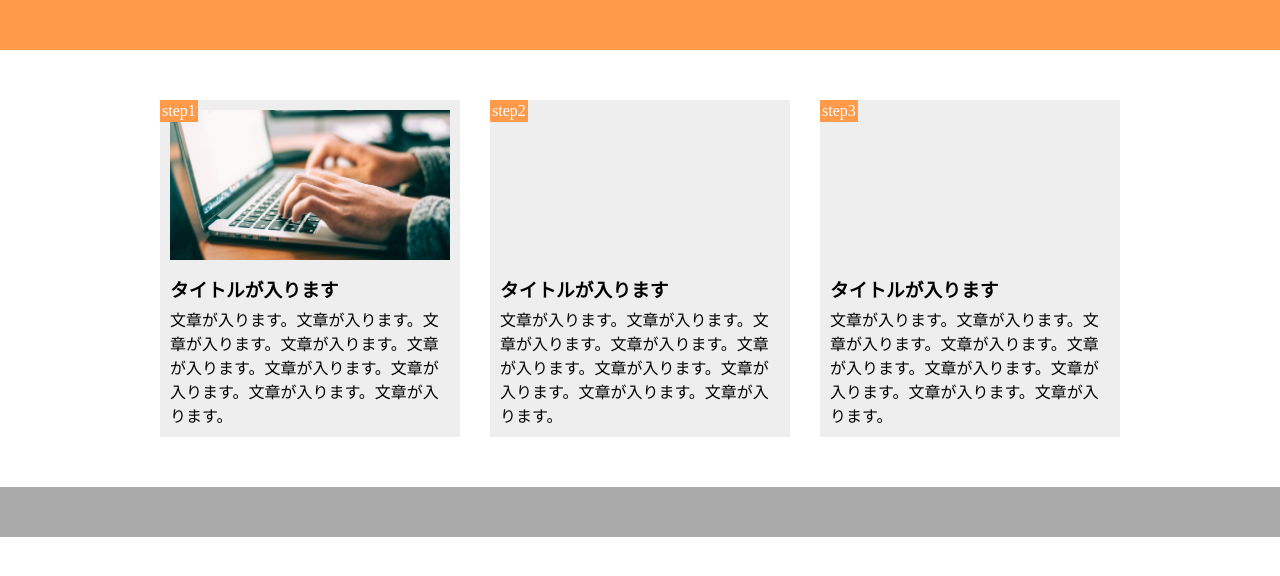
Repository: menyuu/test-html-CSS-practice
Page: exercise/chapter9_exercise.html
The author's editor kept a record of every edit. The page is drawn from the files as they stood at one moment, then again after the next edit.
The browser window is 1280 px wide. The pictures show the whole page.

Above is the page before.

After the next edit:
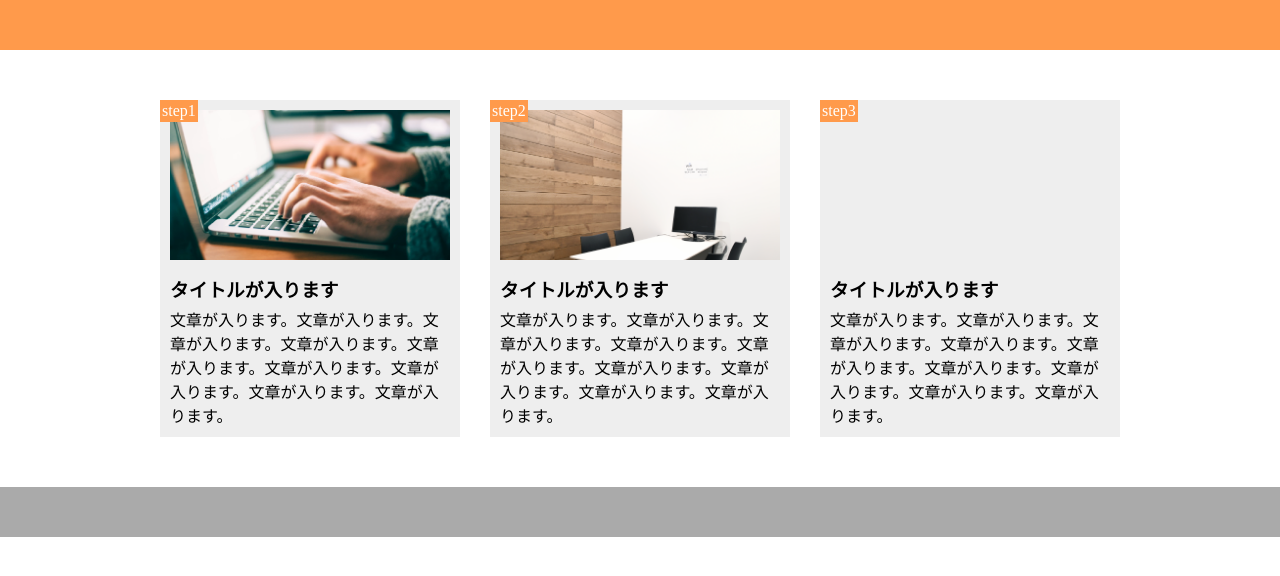
The edit:
--- a/exercise/style9.css
+++ b/exercise/style9.css
@@ -48,8 +48,11 @@
 
 .flow01 {
   background-image: url(img9/flow01.png);
+  background-position: bottom;
+}
 
-  background-position: bottom;
+.flow02 {
+  background-image: url(img9/flow02.png);
 }
 
 footer {
